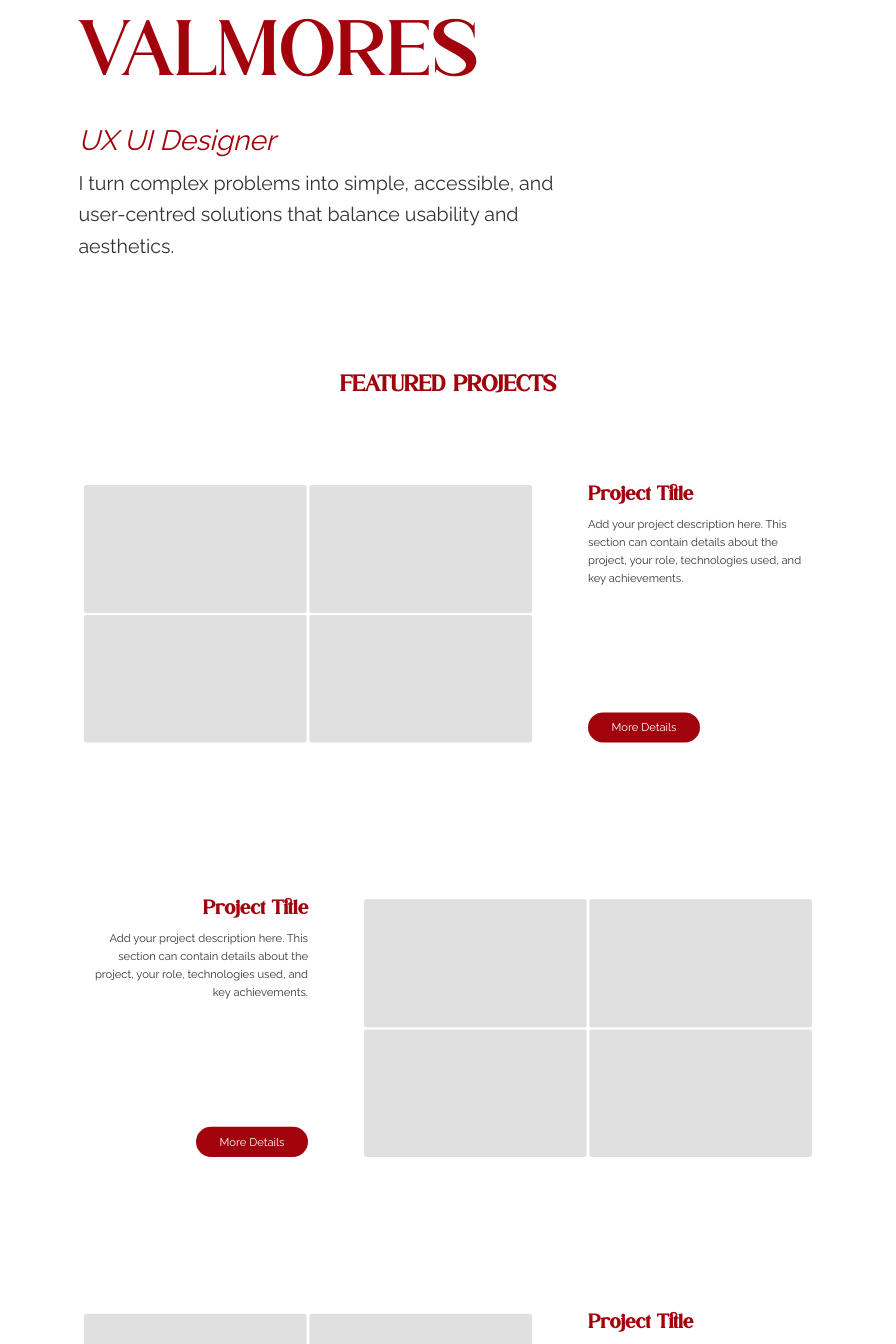
Repository: Micaelavalmores/Micaela-Portfolio
Page: /
An editor plug-in stored every save of this project. The page is shown before and after the next save, followed by the edit.
The browser window is 1280 px wide. The pictures show the part of the page from y = 454 to 2374 px (the page is 2923 px tall before and 2879 px after), at 70% of full size.
The project was rebuilt for these pictures with package versions that can differ from the ones it lists, and the page was loaded fresh each time. The framework's server and built-in components were replaced by stand-ins that run in the browser. Also part of the build but not shown: next.config.mjs.

Above is the page before, as saved 2026-01-27 13:41:41.

### app/layout.js

import { Geist } from "next/font/google";
import { Raleway } from "next/font/google";
import "./globals.css";

const geistSans = Geist({
  variable: "--font-geist-sans",
  subsets: ["latin"],
});

const raleway = Raleway({
  variable: "--font-raleway",
  subsets: ["latin"],
});



export const metadata = {
  title: "Micaela Valmores",
  description: "Generated by create next app",
  icons: {
    icon: "/logos/micaela-logo.svg",
  },
};

export default function RootLayout({ children }) {
  return (
    <html lang="en">
      <body className={`${raleway.variable}`}>
        {children}
      </body>
    </html>
  );
}

### app/page.js
import Image from "next/image";
import styles from "./page.module.css";
import HomePage from "./home-page/page";

export default function Home() {
  return (
    <div className={styles.page}>
      <HomePage />
    </div>
  );
}

### app/globals.css
:root {
  --background: #ffffff;
  --foreground: #171717;
  --font-ghaista: 'Ghaista', var(--font-raleway);
}

@font-face {
  font-family: 'Ghaista';
  src: url('/fonts/Ghaitsa.ttf') format('truetype');
  font-weight: 400;
  font-style: normal;
  font-display: swap;
}

@media (prefers-color-scheme: dark) {
  :root {
    --background: #0a0a0a;
    --foreground: #ffffff;
  }
}

html,
body {
  max-width: 100vw;
  overflow-x: hidden;
}

body {
  color: var(--foreground);
  background: var(--background);
  font-family: var(--font-raleway);
  -webkit-font-smoothing: antialiased;
  -moz-osx-font-smoothing: grayscale;
}

* {
  box-sizing: border-box;
  padding: 0;
  margin: 0;
}

a {
  color: inherit;
  text-decoration: none;
}

@media (prefers-color-scheme: dark) {
  html {
    color-scheme: dark;
  }
}

/* Horizontal page margins */
body {
  margin-left: 10rem;
  margin-right: 10rem;
}

/* Tablet: screens between iPhone and iPad */
@media (min-width: 430px) and (max-width: 1024px) {
  body {
    margin-left: 4rem;
    margin-right: 4rem;
  }
}

/* iPad Pro 13in — reduce margins to 7rem */
@media (min-width: 1024px) and (max-width: 1366px) {
  body {
    margin-left: 7rem;
    margin-right: 7rem;
  }
}

/* Mobile horizontal margins: any width smaller than 430px */
@media (max-width: 430px) {
  body {
    margin-left: 3rem;
    margin-right: 3rem;
  }
}

### app/page.module.css
.page {
  --background: #ffffff;
  --foreground: #fff;

  --text-primary: #000;
  --text-secondary: #666;



  display: grid;
  grid-template-columns: 1fr;
  min-height: 100vh;
  font-family: var(--font-geist-sans);
  background-color: var(--background);
}

.Proj-sec {
  display: flex;
  flex-direction: column;
  align-items: center;
  gap: 2rem;
  padding: 2rem 0;
  background-color: #ffff;
  margin: 6rem 0;
  font-family: ghaista;
  color: #A2020C;
}

.intro-sec {
  display: flex;
  flex-direction: column;
  align-items: start;
  gap: 1rem;
  padding: 2rem 0;
  background-color: #ffff;
  margin: 7rem 0 0;
  /* border-bottom: solid 1px #A2020C; */
}

.intro-sec h1 {
  font-size: 7rem;
  font-weight: 500;
  margin: 0;
  font-family: ghaista;
  color: #A2020C;
}

.intro-greet {
  font-size: 2.5rem;
  font-weight: 400;
  color: #A2020C;
  font-family: raleway;
}

.intro-sec p {
  font-size: 1.75rem;
  max-width: 700px;
  line-height: 1.6;
  color: #333;
  font-family: raleway;
}

.intro-occu {
  padding-top: 2rem;
  font-size: 2.5rem;
  font-weight: 400;
  font-style: italic;
  color: #A2020C;
  font-family: raleway;
}

.main {
  display: flex;
  min-height: 100vh;
  width: 100%;
  max-width: 800px;
  flex-direction: column;
  align-items: flex-start;
  justify-content: space-between;
  background-color: var(--foreground);
  padding: 120px 60px;
}

.intro {
  display: flex;
  flex-direction: column;
  align-items: flex-start;
  text-align: left;
  gap: 24px;
}

.intro h1 {
  max-width: 320px;
  font-size: 40px;
  line-height: 48px;
  letter-spacing: -2.4px;
  text-wrap: balance;
  color: var(--text-primary);
}

.intro p {
  max-width: 440px;
  font-size: 18px;
  line-height: 32px;
  text-wrap: balance;
  color: var(--text-secondary);
}

.intro a {
  font-weight: 500;
  color: var(--text-primary);
}

.ctas {
  display: flex;
  flex-direction: row;
  width: 100%;
  max-width: 440px;
  gap: 16px;
  font-size: 14px;
}

.ctas a {
  display: flex;
  justify-content: center;
  align-items: center;
  height: 40px;
  padding: 0 16px;
  border-radius: 128px;
  border: 1px solid transparent;
  transition: 0.2s;
  cursor: pointer;
  width: fit-content;
  font-weight: 500;
}

a.primary {
  background: var(--text-primary);
  color: var(--background);
  gap: 8px;
}

a.secondary {
  border-color: var(--button-secondary-border);
}

/* Enable hover only on non-touch devices */
@media (hover: hover) and (pointer: fine) {
  a.primary:hover {
    background: var(--button-primary-hover);
    border-color: transparent;
  }

  a.secondary:hover {
    background: var(--button-secondary-hover);
    border-color: transparent;
  }
}

@media (max-width: 600px) {
  .main {
    padding: 48px 24px;
  }

  .intro {
    gap: 16px;
  }

  .intro h1 {
    font-size: 32px;
    line-height: 40px;
    letter-spacing: -1.92px;
  }
}

@media (prefers-color-scheme: dark) {
  .logo {
    filter: invert();
  }

  .page {
    --background: #000;
    --foreground: #000;

    --text-primary: #ededed;
    --text-secondary: #999;

    --button-primary-hover: #ccc;
    --button-secondary-hover: #1a1a1a;
    --button-secondary-border: #1a1a1a;
  }
}

### app/home-page/page.js
import Link from 'next/link'
import styles from '../page.module.css'
import FtProj from '../components/FtProj'
import Navbar from '../components/Navbar'

export default function HomePage() {
  return (
    <main className={styles.page}>
      <nav className='Nav-bar'>
        </nav>
      <Navbar />
      <div className={styles['intro-sec']}>
        <span className={styles['intro-greet']}>Hi, I am</span>
        <h1>MICAELA</h1>
        <h1>VALMORES</h1>
        <span className={styles['intro-occu']}>UX UI Designer</span>
        <p>I turn complex problems into simple, accessible, and user-centred solutions that balance usability and aesthetics.</p>
      </div>
      <div className={styles['Proj-sec']}>
        <h1>FEATURED PROJECTS</h1>
        <FtProj reversed={false}/>
        <FtProj reversed={true} />
        <FtProj reversed={false}/>
      </div>
    </main>
  )
}

### app/components/FtProj.js
'use client';

import styles from './FtProj.module.css';

/*
  HOW TO USE:
  The FtProj component has two layout states controlled by the reversed prop:
  1. Default (reversed={false}): Images on left, text on right (left-justified)
  2. Reversed (reversed={true}): Text on left (right-justified), images on right

  Layout changes can only be controlled in the backend by passing the reversed prop.
  Users cannot change the layout.

  Usage examples:
  <FtProj /> - Standard layout
  <FtProj reversed={true} /> - Reversed layout
*/

export default function FtProj({ reversed = false }) {
  return (
    <div className={`${styles.container} ${reversed ? styles.reversed : ''}`}>
      {/* Left Column - Text (if reversed) / Images (if standard) */}
      {!reversed ? (
        // Standard: Images on left
        <div className={styles.imagesColumn}>
          <div className={styles.imagePlaceholder}></div>
          <div className={styles.imagePlaceholder}></div>
          <div className={styles.imagePlaceholder}></div>
          <div className={styles.imagePlaceholder}></div>
        </div>
      ) : (
        // Reversed: Text on left
        <div className={styles.textColumn}>
          <div className={styles.textContent}>
            <h2>Project Title</h2>
            <p>Add your project description here. This section can contain details about the project, your role, technologies used, and key achievements.</p>
          </div>
          <button className={styles.projectButton}>More Details</button>
        </div>
      )}

      {/* Right Column - Text (if standard) / Images (if reversed) */}
      {!reversed ? (
        // Standard: Text on right
        <div className={styles.textColumn}>
          <div className={styles.textContent}>
            <h2>Project Title</h2>
            <p>Add your project description here. This section can contain details about the project, your role, technologies used, and key achievements.</p>
          </div>
          <button className={styles.projectButton}>More Details</button>
        </div>
      ) : (
        // Reversed: Images on right
        <div className={styles.imagesColumn}>
          <div className={styles.imagePlaceholder}></div>
          <div className={styles.imagePlaceholder}></div>
          <div className={styles.imagePlaceholder}></div>
          <div className={styles.imagePlaceholder}></div>
        </div>
      )}
    </div>
  );
}

### app/components/Navbar.js
import Link from "next/link";
import Image from "next/image";
import styles from "./Navbar.module.css";

export default function Navbar() {
  return (
    <nav className={styles.navbar}>
      <Link href="/" className={styles.logoContainer}>
        <Image
          src="/logos/logo-name.svg"
          alt="Micaela Valmores"
            width={70}
          height={80}
          priority
        />
      </Link>

      <ul className={styles.navLinks}>
        <li>
          <Link href="/">Home</Link>
        </li>
        <li>
          <Link href="/projects-page">Projects</Link>
        </li>
        <li>
          <Link href="/contact">Contact</Link>
        </li>
      </ul>
    </nav>
  );
}

### app/components/FtProj.module.css
.container {
  width: 65rem;
  height: 25rem;
  display: grid;
  grid-template-columns: 1fr 1fr;
  gap: 5rem;
  padding: 1rem 0;
  margin: 5rem 0;
}

.container.reversed {
  grid-template-columns: 1fr 1fr;
}

.reversed .textContent {
  text-align: right;
}

.reversed .textColumn {
  text-align: right;
}

.reversed .projectButton {
  justify-self: end;
}

.imagesColumn {
  display: grid;
  grid-template-columns: 1fr 1fr;
  gap: 0.2rem;
  width: 40rem;
}

.imagePlaceholder {
  width: 100%;
  height: 100%;
  background-color: #e0e0e0;
  border-radius: 0.2rem;
}

.textColumn {
  display: grid;
  grid-template-rows: 1fr auto;
  gap: 2rem;
}

.textContent {
  display: flex;
  flex-direction: column;
}

.textColumn h2 {
  margin: 0 0 1rem 0;
  font-size: 1.75rem;
  font-family: ghaista;
}

.textColumn p {
  margin: 0;
  line-height: 1.6;
  color: #333;
  font-size: 1rem;
  font-family: raleway;
}

.projectButton {
  align-self: start;
  width: 10rem;
  padding: 0.75rem 1.5rem;
  background-color: #A2020C;
  color: #fff;
  border: none;
  border-radius: 5rem;
  font-size: 1rem;
  cursor: pointer;
  font-family: raleway;
}

.projectButton:hover {
  background-color: #b62d36;
}

### app/components/Navbar.module.css
.navbar {
  display: flex;
  justify-content: space-between;
  width: 100%;
  align-items: center;
  padding: 2rem 2rem;
  background-color: #ffffff;
  position: sticky;
  top: 0;
  z-index: 1000;
}

.logoContainer {
  display: flex;
  justify-self: start;
}

.logoContainer:hover {
  opacity: 0.8;
}

.navLinks {
  display: flex;
  gap: 2rem;
  list-style: none;
  margin: 0;
  padding: 0;
  align-items: center;
}

.navLinks li {
  margin: 0;
}

.navLinks a {
  text-decoration: none;
  color: #A2020C;
  font-size: 1.25rem;
  font-weight: 500;
  transition: color 0.3s ease;
  position: relative;
  border: solid 1px #A2020C;
  border-radius: 3rem;
  padding: 0.50rem 1.75rem;
  font-family: ghaista;
}

.navLinks a:hover {
  color: #0070f3;
}



.navLinks a:hover::after {
  width: 100%;
}

/* Responsive design */
/* @media (max-width: 768px) {
  .navbar {
    padding: 1rem 1.5rem;
  }

  .navLinks {
    gap: 1.5rem;
  }

  .navLinks a {
    font-size: 0.9rem;
  }
} */

/* @media (max-width: 480px) {
  .navbar {
    padding: 0.75rem 1rem;
  }

  .navLinks {
    gap: 1rem;
  }

  .navLinks a {
    font-size: 0.85rem;
  }
} */

After the next save:
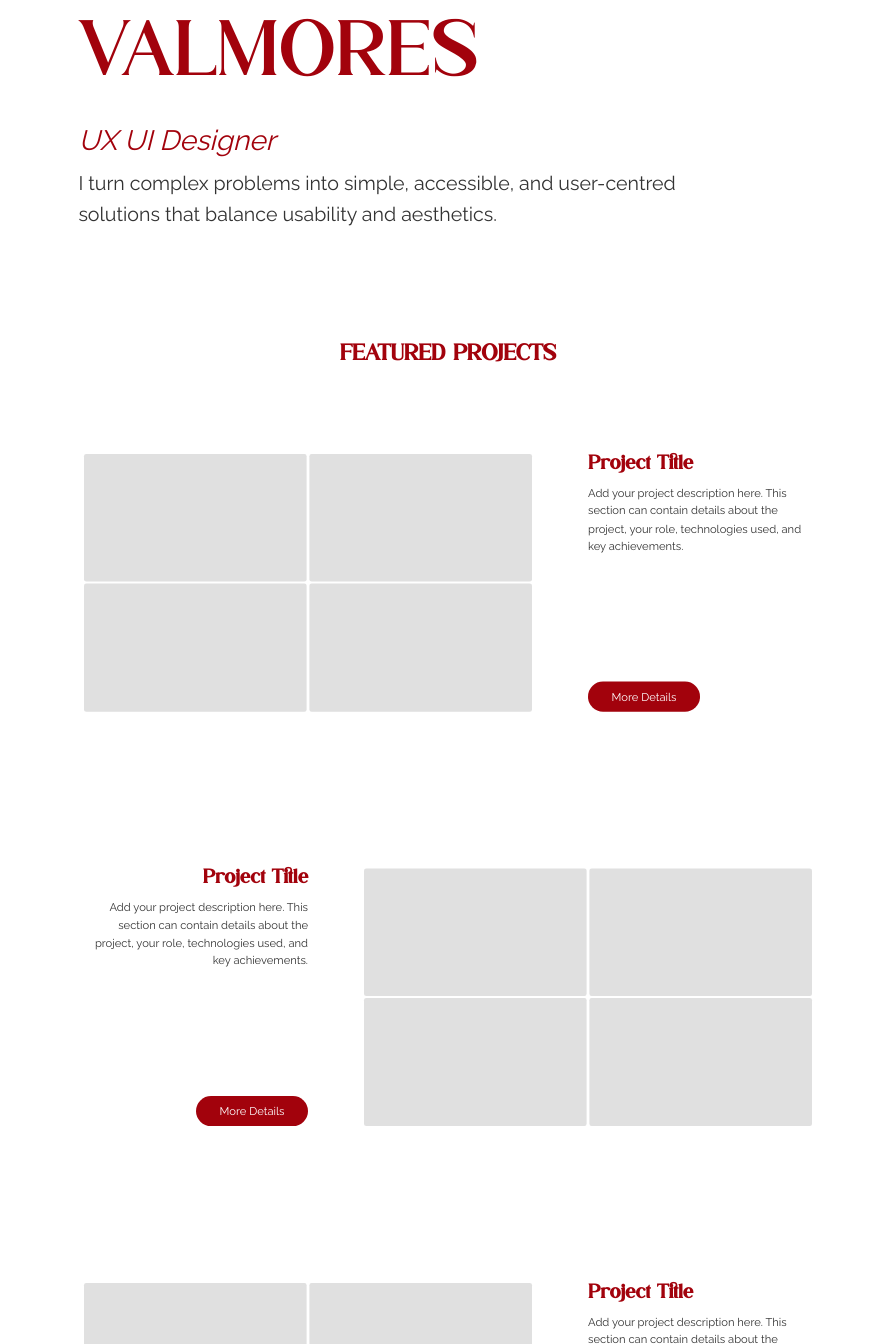
Saved 7 s later.
--- a/app/page.module.css
+++ b/app/page.module.css
@@ -54,7 +54,7 @@
 
 .intro-sec p {
   font-size: 1.75rem;
-  max-width: 700px;
+  max-width: 900px;
   line-height: 1.6;
   color: #333;
   font-family: raleway;
